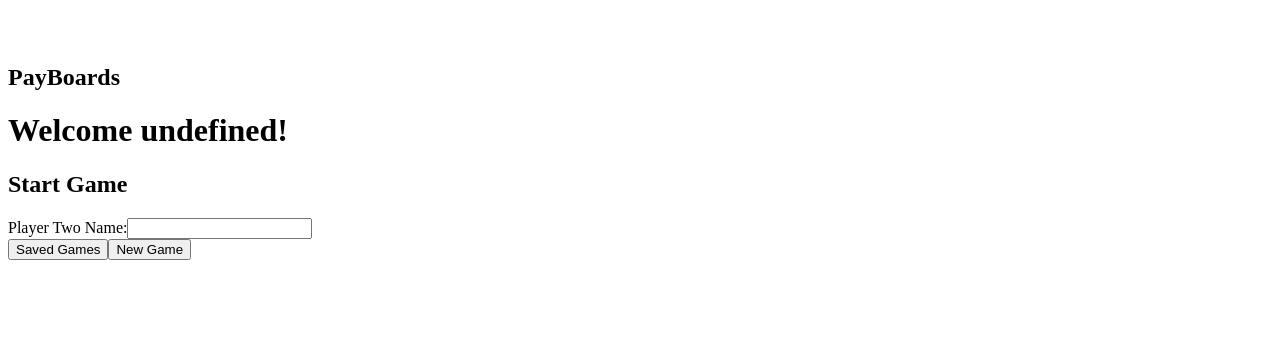
Repository: Luke82601/PayBoards
Page: /
The author's editor kept a copy of each file at every save. The page is drawn from the files as they stood at one save, then again after the next save.
The browser window is 1280 px wide. The pictures show the whole page.
The page's requests for data from a server got no answer. The project was rebuilt for these pictures with package versions that can differ from the ones it lists, and the page was loaded fresh each time. No one was signed in, and anything a server would have sent is missing. Also part of the build but not shown: webpack.config.js, client/components/settings.jsx, client/components/save.jsx, client/components/Square.js, client/components/Board.jsx, client/components/DeadPool.jsx, client/helpers/board-initialiser.js, client/components/Game.jsx and 3 more.

Above is the page before, as saved 2021-05-20 13:19:13.

After the next save:
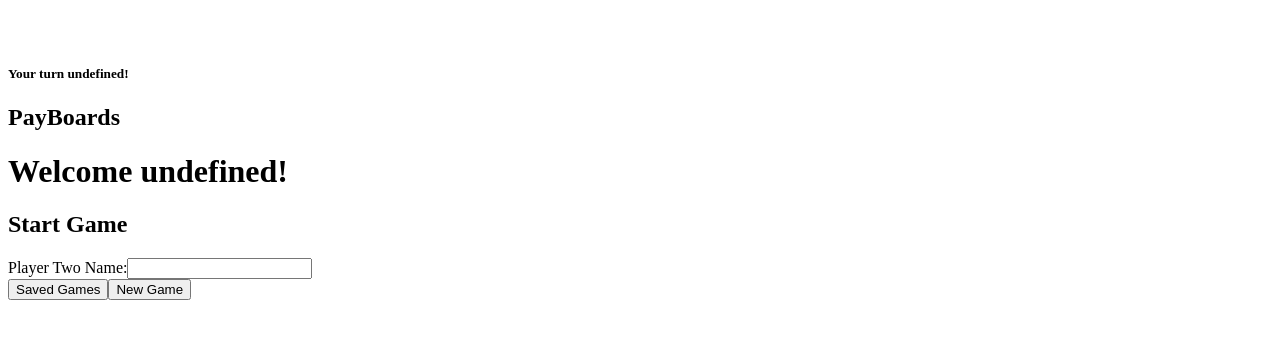
Saved 67 min 45 s later.
--- a/client/components/App.jsx
+++ b/client/components/App.jsx
@@ -314,6 +314,32 @@ class App extends React.Component {
     return (
       <div>
         <img onClick={this.settings} className="settings" src="images/settings.png"/>
+        <div className="head">
+          <h5>{`Your turn ${playersTurn()}!`}</h5>
+        </div>
+        <div>
+          {board.map((row, index) => (
+            <div className="grid" key={`row ${Math.random() * 1000}`}>
+              {row.map((square, i) => (
+                <div
+                  onClick={square[2] === 'selectRed'
+                    ? this.selectRed
+                    : square[2] === 'selectBlack'
+                      ? this.selectBlack
+                      : square[2] === 'moveSelected'
+                        ? this.moveSelected
+                        : null}
+                  onKeyPress={square[2] === 'selectRed' ? this.selectRed : square[2] === 'selectBlack' ? this.selectBlack : square[2] === 'moveSelected' ? this.moveSelected : null}
+                  name={`${index}${i}`}
+                  className={square[1]}
+                  key={`square ${Math.random() * 1000}`}
+                >
+                  {whichPiece(square, index, i)}
+                </div>
+              ))}
+            </div>
+          ))}
+        </div>
 
         <Settings
           saveGame={this.saveGame}
